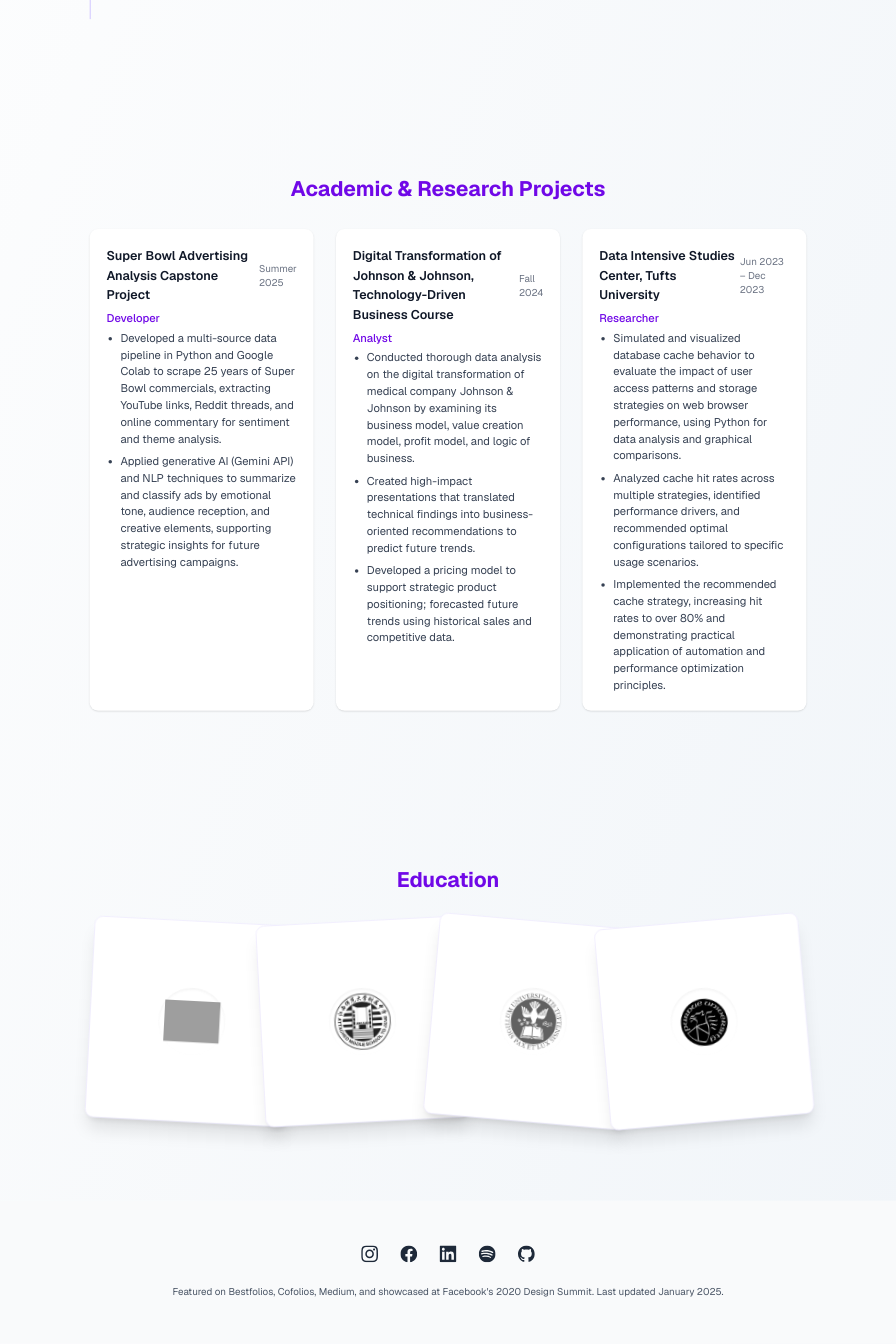
Repository: winniewyl/personal-portfolio
Page: /
These files come from the project's save history. The page is drawn as it stood at one moment and after the next save; the edit follows.
The browser window is 1280 px wide. The pictures show the part of the page from y = 1685 to 3605 px (the page is 3605 px tall), at 70% of full size.
Pictures or frames that could not be fetched are drawn as grey boxes. The project was rebuilt for these pictures with package versions that can differ from the ones it lists, and the page was loaded fresh each time. The framework's server and built-in components were replaced by stand-ins that run in the browser. Also part of the build but not shown: next.config.ts.

Above is the page before, as saved 2025-07-29 14:03:39.

After the next save:
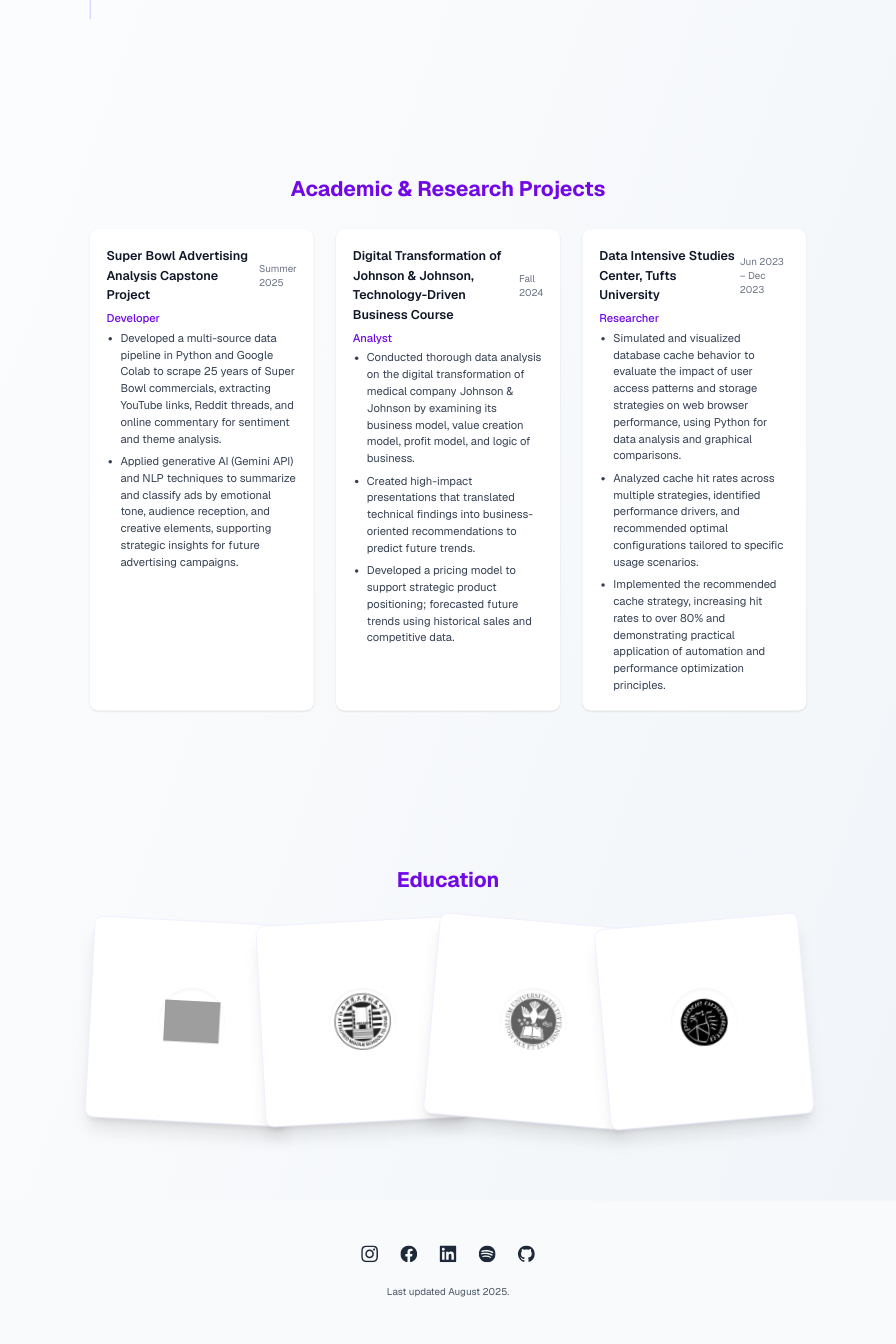
Saved 96 s later.
--- a/src/app/page.tsx
+++ b/src/app/page.tsx
@@ -398,8 +398,7 @@ export default function Home() {
 
           {/* Acknowledgment Text */}
           <p className="text-sm text-gray-600 dark:text-gray-400 text-center">
-            Featured on Bestfolios, Cofolios, Medium, and showcased at
-            Facebook's 2020 Design Summit. Last updated January 2025.
+            Last updated August 2025.
           </p>
         </div>
       </footer>
